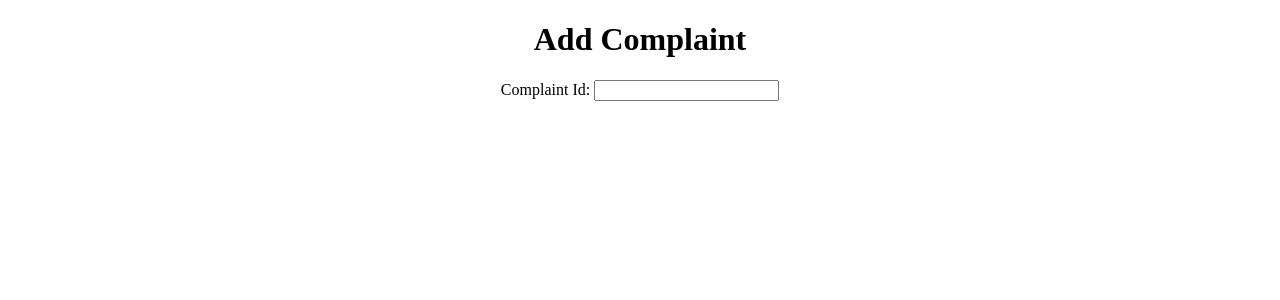
Repository: SatyaPrakash2023/Infinite_Javatraining
Page: http://localhost/ComplaintRegister/AddComplaint.jsp
An editor plug-in stored every save of this project. The page is shown before and after the next save, followed by the edit.
The browser window is 1280 px wide. The pictures show the whole page.
The page is served by Tomcat 9. Other server files are loaded and not shown.

Above is the page before, as saved 2023-10-01 18:44:15.

### Task/Complaint/ComplaintRegister/src/main/webapp/AddComplaint.jsp
<%@ page language="java" contentType="text/html; charset=ISO-8859-1"
    pageEncoding="ISO-8859-1"%>
<!DOCTYPE html>
<html>
<head>
<meta charset="ISO-8859-1">
<title>Insert title here</title>
</head>
<body>
<form method="get" action="AddComplaint.jsp">
	<center>
	<h1>Add Complaint</h1>
	Complaint Id:
		<input type="text" name="complaintId"/><br><br/>
	</center>
</form>

</body>
</html>

After the next save:
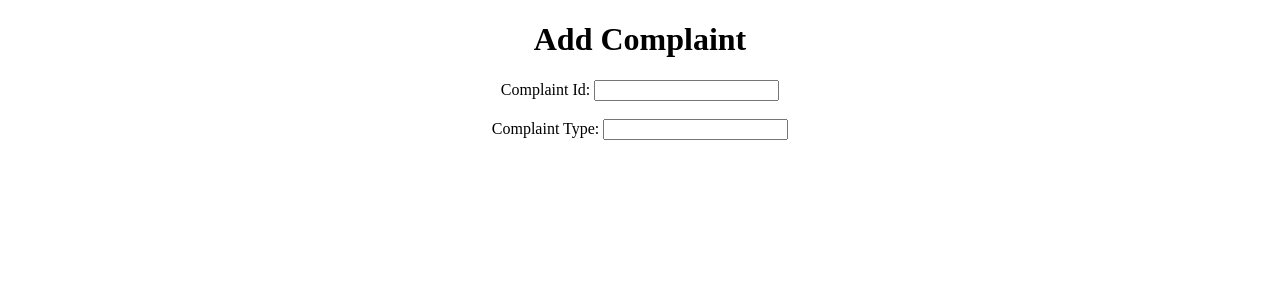
Saved 3 min 16 s later.
--- a/Task/Complaint/ComplaintRegister/src/main/webapp/AddComplaint.jsp
+++ b/Task/Complaint/ComplaintRegister/src/main/webapp/AddComplaint.jsp
@@ -12,6 +12,8 @@
 	<h1>Add Complaint</h1>
 	Complaint Id:
 		<input type="text" name="complaintId"/><br><br/>
+	Complaint Type:
+		<input type="text" name="complaintType"/><br><br/>
 	</center>
 </form>
 
